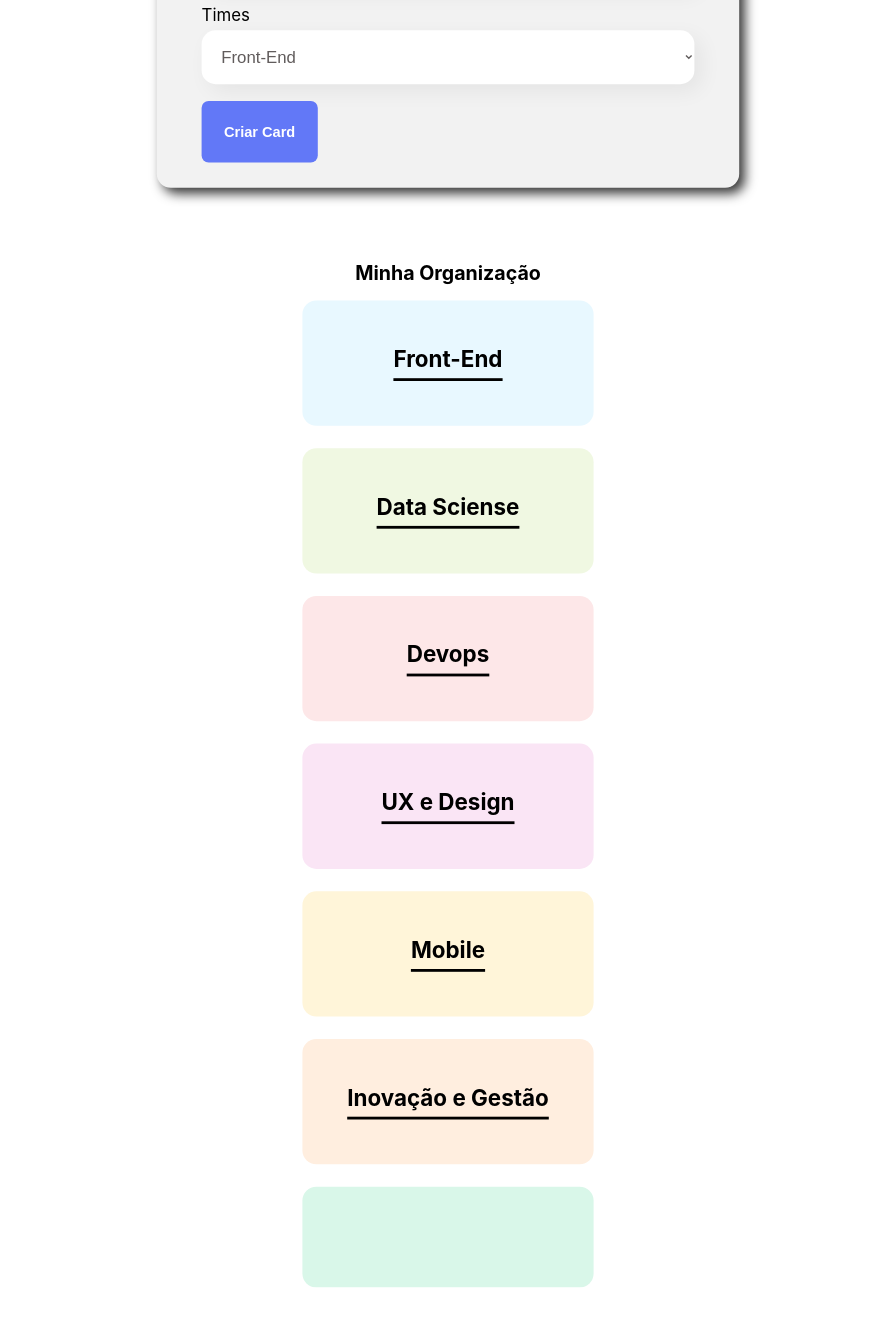
Repository: guilhermecardoso93/organo
Page: /
The author's editor kept a copy of each file at every save. The page is drawn from the files as they stood at one save, then again after a run of saves.
The browser window is 1280 px wide. The pictures show the part of the page from y = 1135 to 3055 px (the page is 3055 px tall), at 70% of full size.
The project was rebuilt for these pictures with package versions that can differ from the ones it lists, and the page was loaded fresh each time.

Above is the page before, as saved 2024-05-26 19:47:14.

After the next 2 saves:
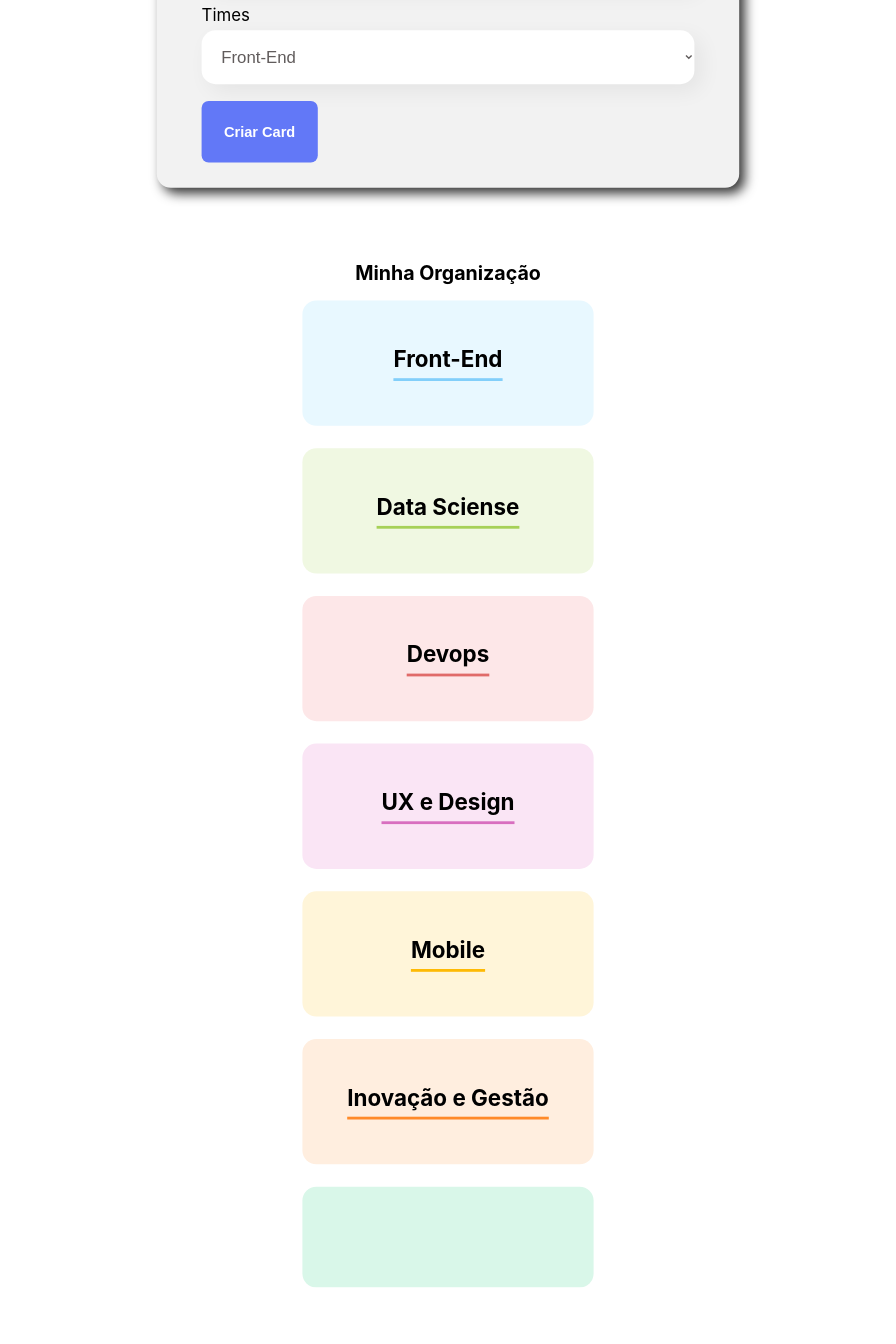
The 2 saves are shown as one change because they came seconds apart.
The last was saved 24 s later.
--- a/src/components/Times/components/Time/index.js
+++ b/src/components/Times/components/Time/index.js
@@ -1,15 +1,13 @@
-import './styles.css';
+import "./styles.css";
 
 export function Time(props) {
   return (
     <section
       className="time-container"
-      style={{backgroundColor: props.corSecundaria, borderColor:props.corPrimaria}}
+      style={{ backgroundColor: props.corSecundaria }}
     >
-      <h3>{props.name}</h3>
-      <div>
-
-      </div>
+      <h3 style={{ borderColor: props.corPrimaria }}>{props.name}</h3>
+      <div></div>
     </section>
   );
 }
